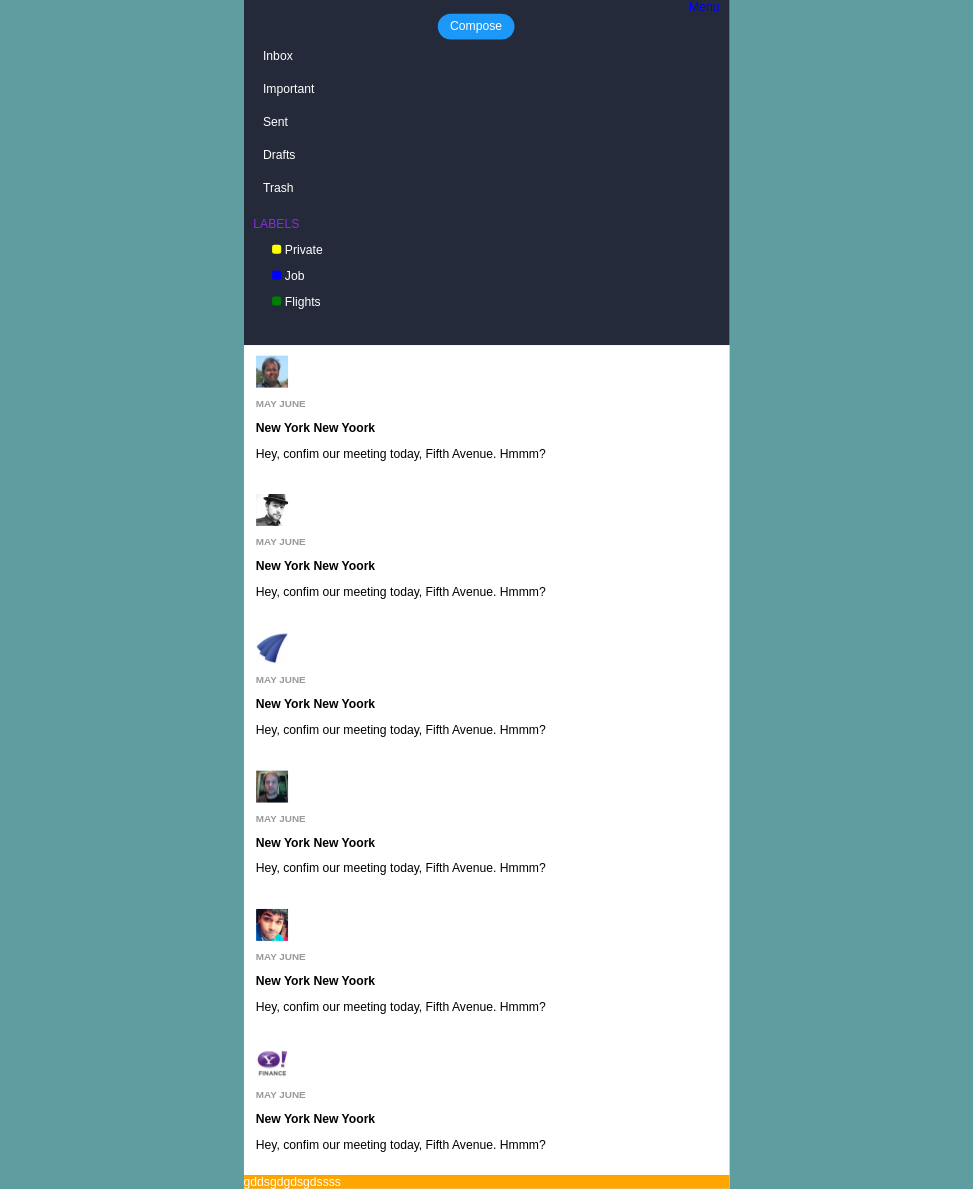
Repository: Gumiin/studia
Page: lesson4/index.html
These files come from the project's save history. The page is drawn as it stood at one moment and after the next save; the edit follows.
The browser window is 1280 px wide. The pictures show the whole page, at 76% of full size.

Above is the page before, as saved 2021-04-21 18:20:10.

After the next save:
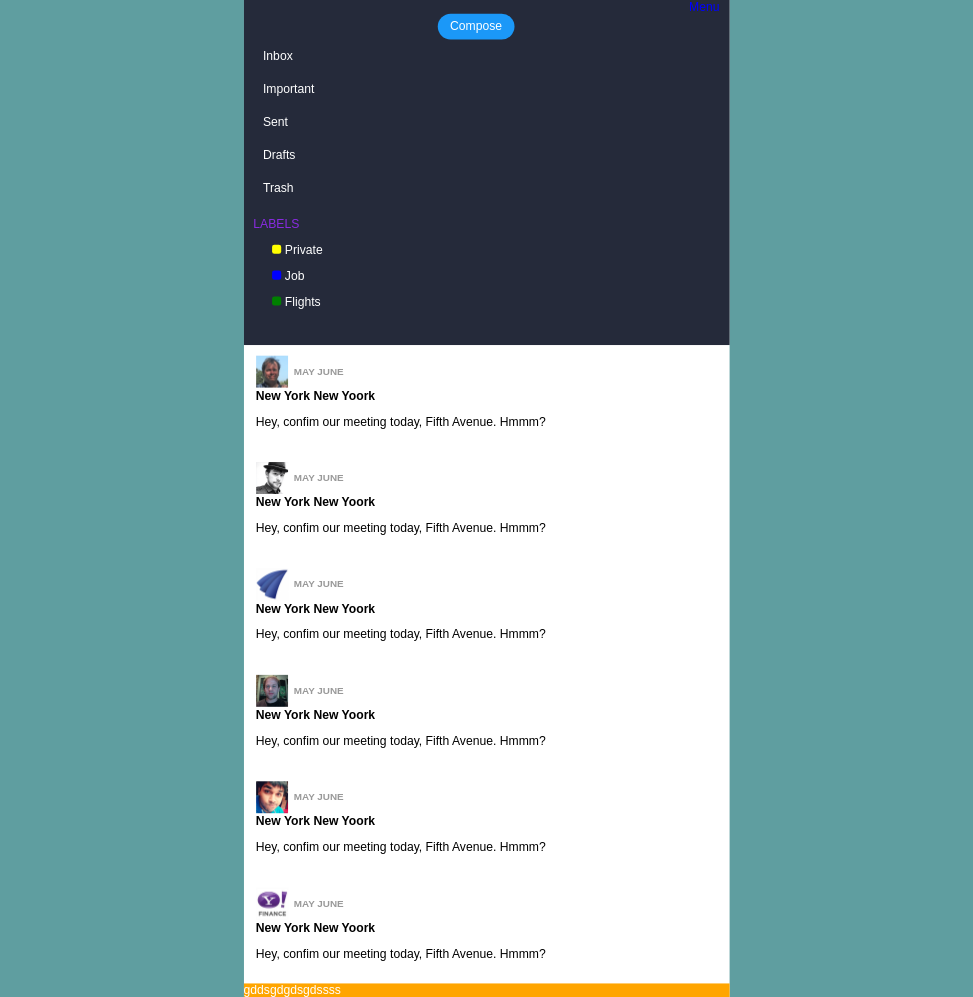
Saved 7 s later.
--- a/lesson4/style.css
+++ b/lesson4/style.css
@@ -77,7 +77,7 @@ img{
     max-height: 42px;
     max-width: 42px;
     margin-right: 8px;
-    align:left;
+    float:left;
 }
 .sender{
     color:#999;
